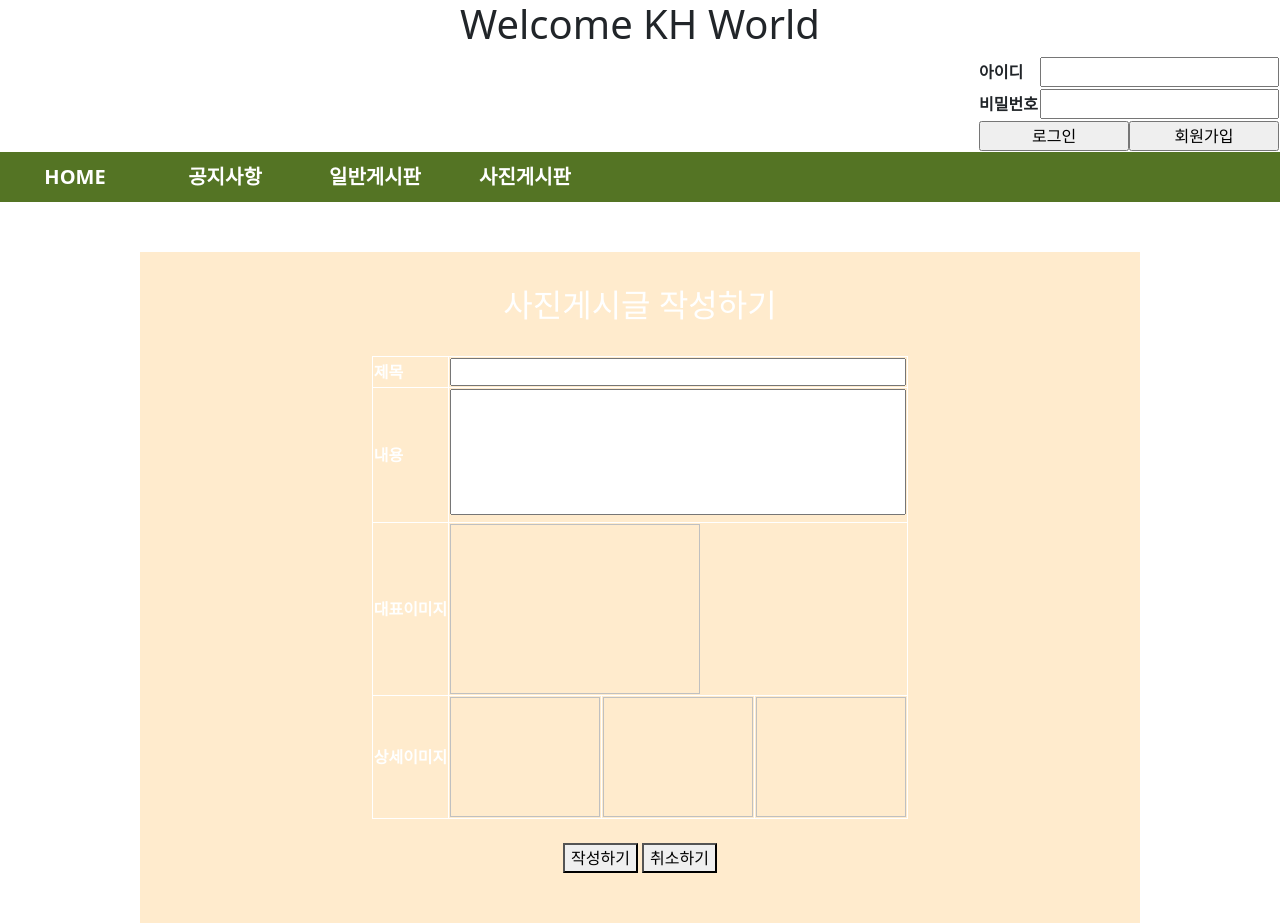
Repository: eru2/Study
Page: http://localhost/JspProject/enrollForm.th
The author's editor kept a copy of each file at every save. The page is drawn from the files as they stood at one save, then again after the next save.
The browser window is 1280 px wide. The pictures show the whole page.
The page is served by Tomcat 10. Other server files are loaded and not shown.

Above is the page before, as saved 2025-03-04 06:02:41.

### 07_JSP/JspProject/src/main/webapp/views/board/thumbnailEnrollForm.jsp
<%@ page language="java" contentType="text/html; charset=UTF-8"
    pageEncoding="UTF-8"%>
<!DOCTYPE html>
<html>
<head>
    <meta charset="UTF-8">
    <title>Insert title here</title>
    <style>
		.outer {
			background:blanchedalmond;
			color: white;
			width: 1000PX;
			margin: auto;
			margin-top: 50px;
			padding: 10px 0px 50px;
		}

        .outer table{
            border: 1px solid white;
        }

        .outer table th,
        .outer table td{
            border: 1px solid white;
        }

        .outer > form input,
        .outer > form textarea{
            width: 100%;
            height: 100%;
            box-sizing: border-box;
        }

        .outer img:hover{
            cursor: pointer;
            background: rgb(253, 240, 219);
        }
    </style>
</head>
<body>
	<%@ include file="../common/menubar.jsp" %>

    <div class="outer">
        <br>
        <h2 align="center">사진게시글 작성하기</h2>
        <br>

        <form action="${pageContext.request.contextPath}/insert.th" method="post" enctype="multipart/form-data">
            <table border="1" align="center">
                <tr>
                    <th>제목</th>
                    <td colspan="3">
                        <input type="text" name="title" required>
                    </td>
                </tr>
                <tr>
                    <th>내용</th>
                    <td colspan="3">
                        <textarea name="content" rows="5" style="resize: none;"></textarea>
                    </td>
                </tr>
                <tr>
                    <th>대표이미지</th>
                    <td colspan="3">
                        <img id="tumbnail-img" width="250" height="170" onclick="chooseFile('#file1')">
                    </td>
                </tr>
                <tr>
                    <th>상세이미지</th>
                    <td><img id="content-img1" width="150" height="120" onclick="chooseFile('#file2')"></td>
                    <td><img id="content-img2" width="150" height="120" onclick="chooseFile('#file3')"></td>
                    <td><img id="content-img3" width="150" height="120" onclick="chooseFile('#file4')"></td>
                </tr>
            </table>

            <div style="display: none;">
                <input type="file" name="file1" id="file1" required onchange="loadImg(this, '#tumbnail-img')">
                <input type="file" name="file2" id="file2" onchange="loadImg(this, '#content-img1')">
                <input type="file" name="file3" id="file3" onchange="loadImg(this, '#content-img2')">
                <input type="file" name="file4" id="file4" onchange="loadImg(this, '#content-img3')">
            </div>

            <br>

            <div align="center">
                <button type="submit">작성하기</button>
                <button type="reset">취소하기</button>
            </div>

            <script>
                function loadImg(changeInput, targetImg){
                    //파일객체 -> files -> 선택된파일들이 담겨있음
                    console.log(changeInput.files[0])
                    const img = document.querySelector(targetImg);
                    console.log(img)
                    if(changeInput.files.length > 0){ //파일은 선택했을 때
                        //파일을 읽어들일 객체
                        const reader = new FileReader();

                        //해당 파일을 읽얻들여 해당파일만의 고유한 url을 부여
                        //url : Base64로 인코딩된 데이터 url(파일을 실제로 표현하는 형식인 바이너리 코드를 텍스트문자열로 인코딩한 방식)
                        reader.readAsDataURL(changeInput.files[0]);

                        //파일읽어들이기를 완료 했을 때 이벤트핸들러를 실행시켜줘
                        reader.onload = function(ev){
                            img.src = ev.target.result //이미지 요소에 불러온 파일의 url을 넣어준다.
                        }


                    } else { //파일이 있었는데 선택 후 취소했을 때
                        img.src = null;
                    }
                }
                function chooseFile(selector){
                    const fileInput = document.querySelector(selector);
                    fileInput.click();
                }
            </script>
        </form>
    </div>
</body>
</html>

### 07_JSP/JspProject/src/main/webapp/views/common/menubar.jsp
<%@ page language="java" contentType="text/html; charset=UTF-8"
    pageEncoding="UTF-8"%>
    <%@ taglib prefix="c" uri="http://java.sun.com/jsp/jstl/core" %>
<!DOCTYPE html>
<html>
<head>
    <meta charset="UTF-8">
    <meta name="viewport" content="width=device-width, initial-scale=1.0">
    <title>Insert title here</title>
    <!-- 부트스트랩 5.3.3 -->
    <link href="https://cdn.jsdelivr.net/npm/bootstrap@5.3.3/dist/css/bootstrap.min.css" rel="stylesheet">
    <script src="https://cdn.jsdelivr.net/npm/bootstrap@5.3.3/dist/js/bootstrap.bundle.min.js"></script>
    <!-- jQuery -->
    <script src="https://ajax.googleapis.com/ajax/libs/jquery/3.7.1/jquery.min.js"></script>

    <style>
        a{
            text-decoration: none;
            color: black;
        }
        .login-area > *{
            float: right;

        }

        .login-area input[type="button"],
        .login-area input[type="submit"]{
            width: 50%;
            float: left;
        }

        .nav-area{
            background: rgb(84, 116, 36);
        }
        .menu{
            display: table-cell;
            width: 150px;
            height: 50px;
        }
        .menu a{
            color: white;
            font-size: 20px;
            font-weight: bold;
            text-align: center;
            width: 100%;
            height: 100%;
            line-height: 50px;
            display: inline-block;
        }
    </style>
</head>
<body>
	<c:if test="${not empty alertMsg}">
	<script>
		alert("${alertMsg}")
	</script>
	<c:remove var="alertMsg" />
	</c:if>
	 <h1 align="center">Welcome KH World</h1>
	    <div class="login-area">
		    <c:choose>
		    	<c:when test="${empty sessionScope.loginUser }">
		        <!-- 로그인 전 -->
		        <form action="${pageContext.request.contextPath}/login.me" method="post">
		            <table>
		                <tr>
		                    <th>아이디</th>
		                    <td><input type="text" name="userId" required></td>
		                </tr>
		                <tr>
		                    <th>비밀번호</th>
		                    <td><input type="password" name="userPwd" required></td>
		                </tr>
		                <tr>
		                    <th colspan="2">
		                        <input type="submit" value="로그인">
		                        <input type="button" value="회원가입" onclick="enrollPage();">
		                    </th>
		                </tr>
		            </table>
		        </form>
		        <script>
		        	function enrollPage(){
		        		//location.href = "${pageContext.request.contextPath}/views/member/memberEnrollForm.jsp";
		        		//웹 애플리케이션의 디렉토리구조가 url에 노출되면 보안에 취약해진다.

		        		location.href = "${pageContext.request.contextPath}/enrollForm.me";
		        		//단순한 페이지 요청도 servlet을 거쳐갈 것(즉, url에는 서블릿 맵핑값만 나타나도록)
		        	}
		        </script>
		        </c:when>
		        <c:otherwise>
		        	<div>
		        		<b>${loginUser.userName}님</b>의 방문을 환영합니다. <br><br>
		        		<div>
		        			<a href="${pageContext.request.contextPath}/myPage.me">마이페이지</a>
		        			<a href="${pageContext.request.contextPath}/logout.me">로그아웃</a>
		        		</div>
		        	</div>
		        </c:otherwise>
		    </c:choose>
	    </div>

    <br clear="both">
    <div class="nav-area">
        <div class="menu"><a href="${pageContext.request.contextPath}">HOME</a></div>
        <div class="menu"><a href="${pageContext.request.contextPath}/notice.bo?cpage=1">공지사항</a></div>
        <div class="menu"><a href="${pageContext.request.contextPath}/list.bo?cpage=1">일반게시판</a></div>
        <div class="menu"><a href="${pageContext.request.contextPath}/list.th">사진게시판</a></div>
    </div>
</body>
</html>

### 07_JSP/JspProject/src/main/java/com/kh/board/controller/ThumbnailEnrollController.java
package com.kh.board.controller;

import jakarta.servlet.ServletException;
import jakarta.servlet.annotation.WebServlet;
import jakarta.servlet.http.HttpServlet;
import jakarta.servlet.http.HttpServletRequest;
import jakarta.servlet.http.HttpServletResponse;
import java.io.IOException;

/**
 * Servlet implementation class ThumbnailEnrollController
 */
@WebServlet("/enrollForm.th")
public class ThumbnailEnrollController extends HttpServlet {
	private static final long serialVersionUID = 1L;

    /**
     * @see HttpServlet#HttpServlet()
     */
    public ThumbnailEnrollController() {
        super();
        // TODO Auto-generated constructor stub
    }

	/**
	 * @see HttpServlet#doGet(HttpServletRequest request, HttpServletResponse response)
	 */
	protected void doGet(HttpServletRequest request, HttpServletResponse response) throws ServletException, IOException {
		request.getRequestDispatcher("views/board/thumbnailEnrollForm.jsp").forward(request, response);

	}

	/**
	 * @see HttpServlet#doPost(HttpServletRequest request, HttpServletResponse response)
	 */
	protected void doPost(HttpServletRequest request, HttpServletResponse response) throws ServletException, IOException {
		// TODO Auto-generated method stub
		doGet(request, response);
	}

}

After the next save:
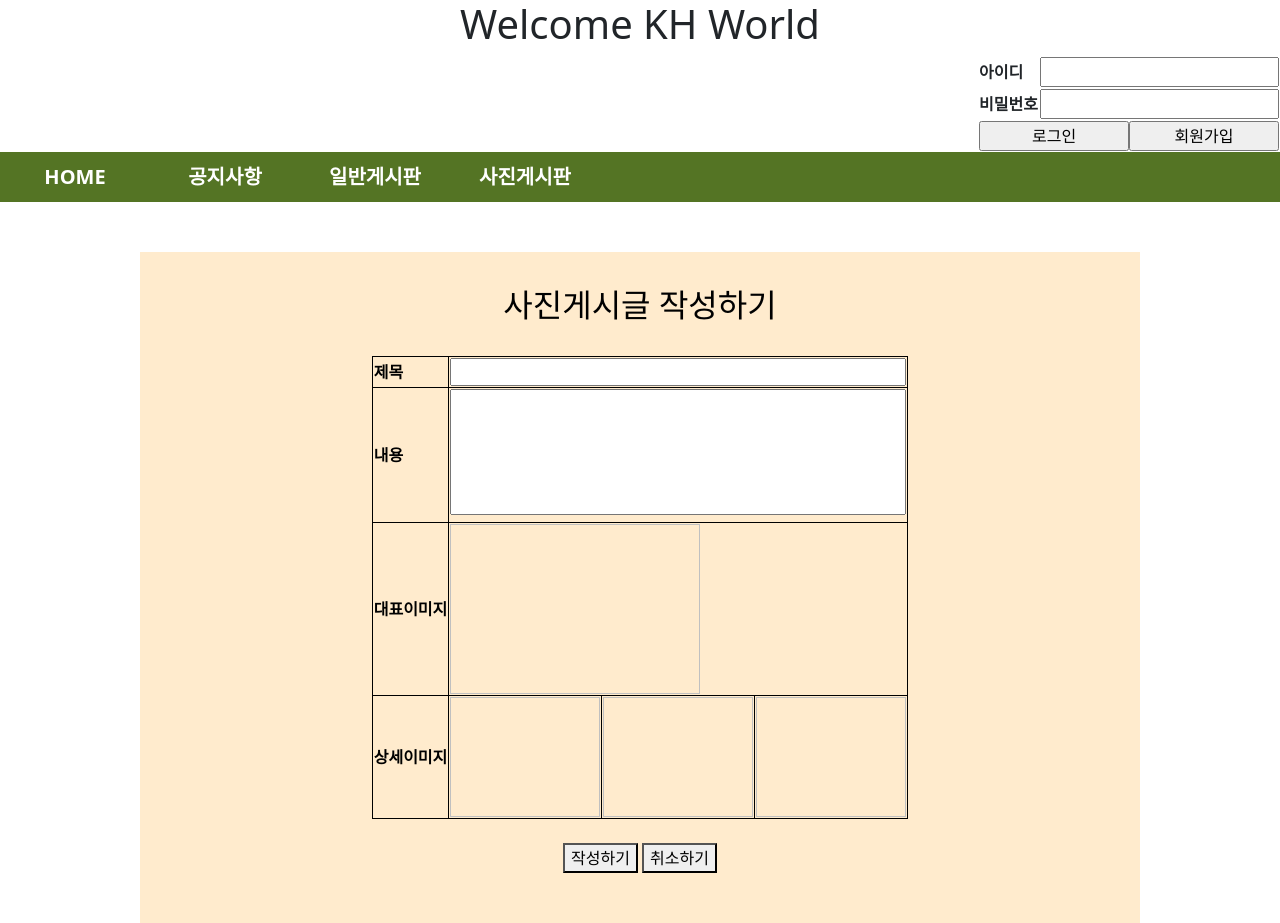
Saved 21 s later.
--- a/07_JSP/JspProject/src/main/webapp/views/board/thumbnailEnrollForm.jsp
+++ b/07_JSP/JspProject/src/main/webapp/views/board/thumbnailEnrollForm.jsp
@@ -8,7 +8,7 @@
     <style>
 		.outer {
 			background:blanchedalmond;
-			color: white;
+			color: black;
 			width: 1000PX;
 			margin: auto;
 			margin-top: 50px;
@@ -16,12 +16,12 @@
 		}
 
         .outer table{
-            border: 1px solid white;
+            border: 1px solid black;
         }
 
         .outer table th,
         .outer table td{
-            border: 1px solid white;
+            border: 1px solid black;
         }
 
         .outer > form input,
